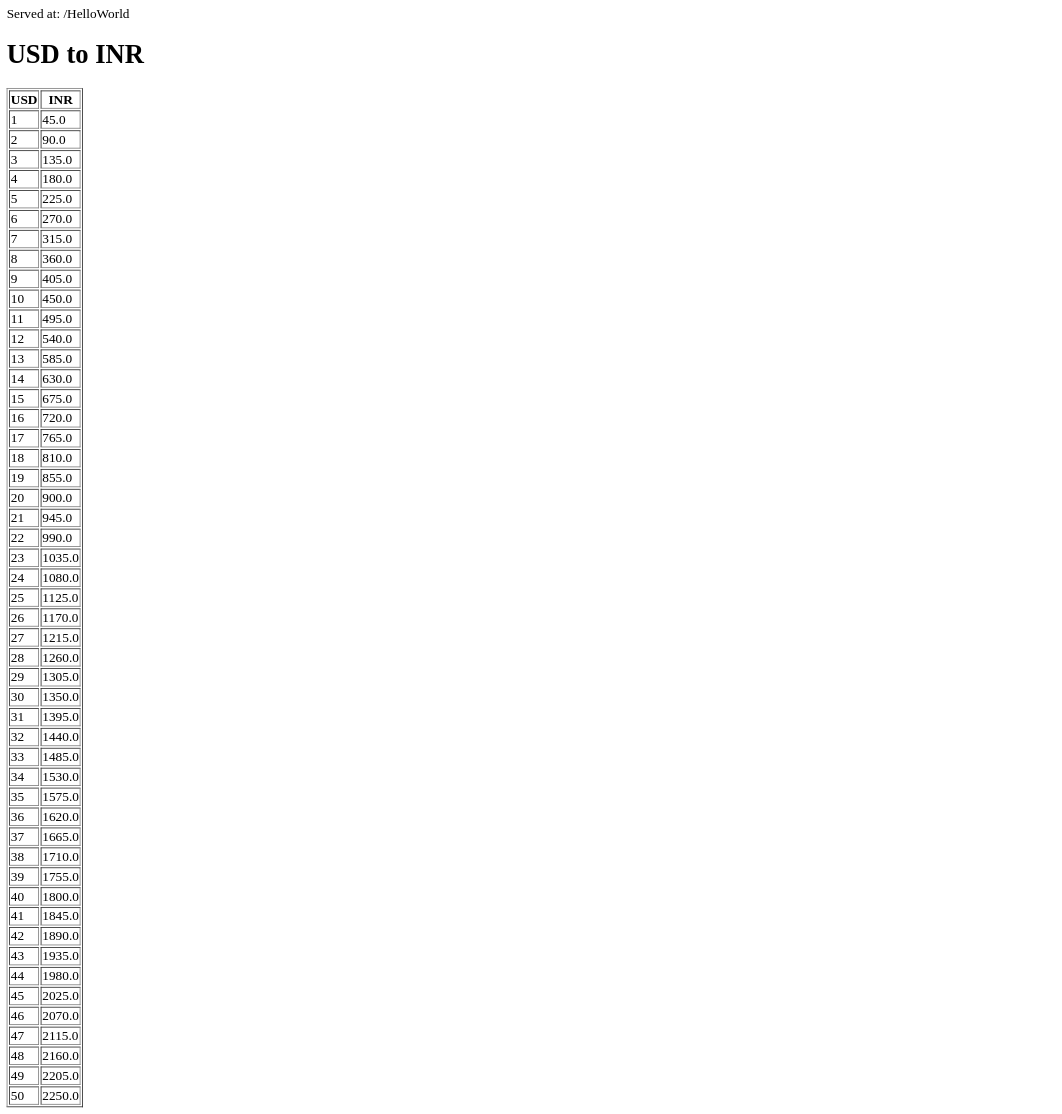
Repository: ajlazy/Day10
Page: http://localhost/HelloWorld/CurrencyConverterServlet
The author's editor kept a copy of each file at every save. The page is drawn from the files as they stood at one save, then again after the next save.
The browser window is 1280 px wide. The pictures show the whole page, at 83% of full size.
The page is served by Tomcat 9.

Above is the page before, as saved 2018-09-06 04:45:08.

After the next save:
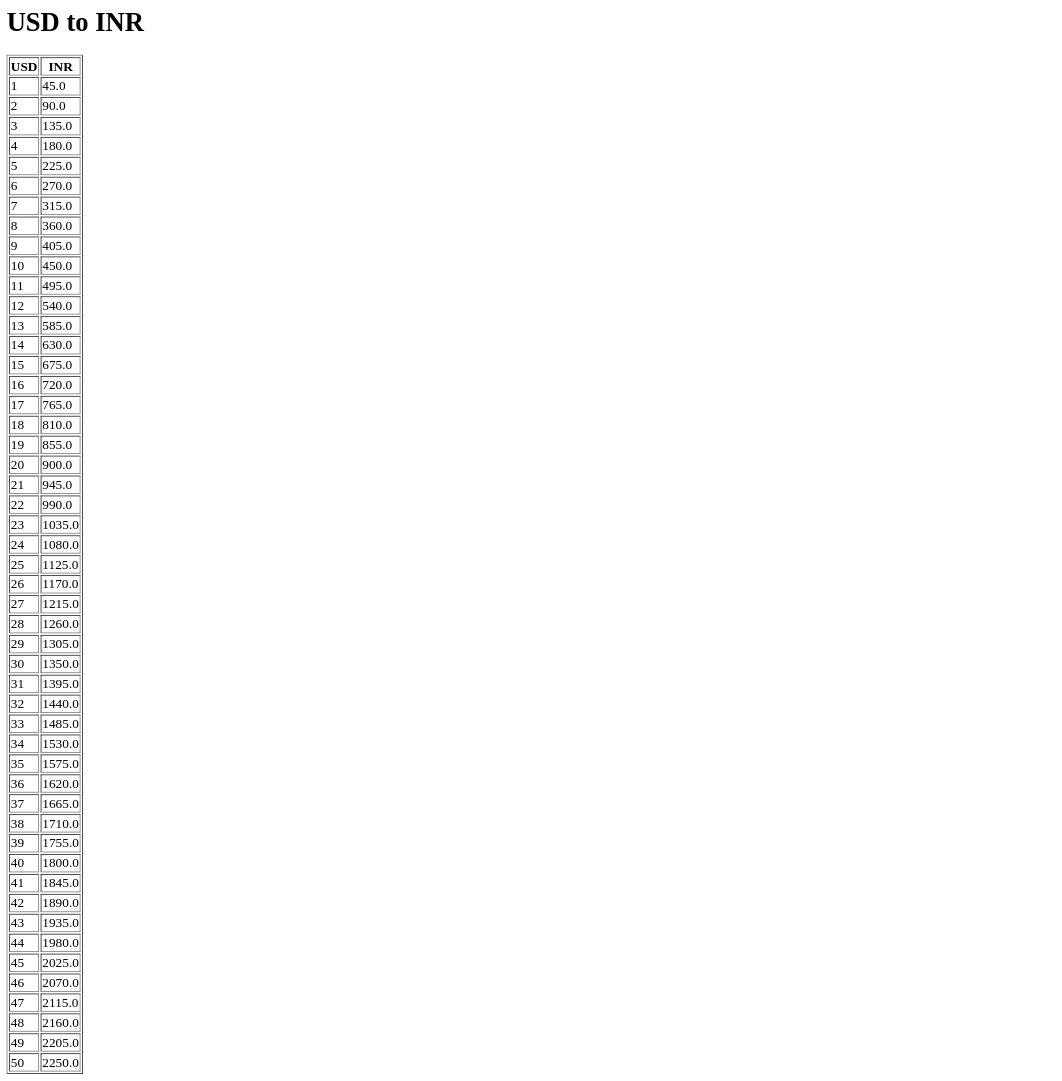
Saved 67 s later.
--- a/HelloWorld/src/com/capgemini/controller/CurrencyConverterServlet.java
+++ b/HelloWorld/src/com/capgemini/controller/CurrencyConverterServlet.java
@@ -29,7 +29,6 @@ public class CurrencyConverterServlet extends HttpServlet {
 	 * @see HttpServlet#doGet(HttpServletRequest request, HttpServletResponse response)
 	 */
 	protected void doGet(HttpServletRequest request, HttpServletResponse response) throws ServletException, IOException {
-		response.getWriter().append("Served at: ").append(request.getContextPath());
 		response.setContentType("text/html");
 		PrintWriter writer=response.getWriter();
         writer.println(" <h1>USD to INR</h1>");
